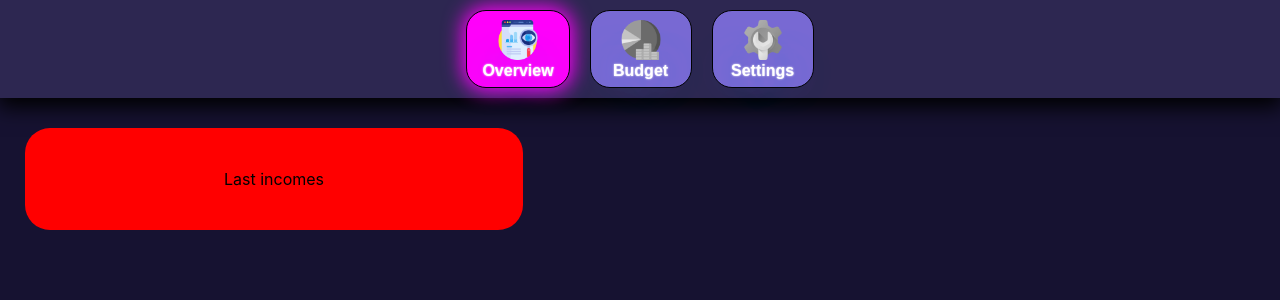
Repository: Minkeani/Money-Manager
Page: /Overview
The author's editor kept a copy of each file at every save. The page is drawn from the files as they stood at one save, then again after the next save.
The browser window is 1280 px wide. The pictures show the whole page.
The project was rebuilt for these pictures with package versions that can differ from the ones it lists, and the page was loaded fresh each time. Also part of the build but not shown: src/components/Budget/Budget.jsx, src/components/Settings/Settings.jsx, src/components/NotFound/NotFound.module.css, src/components/NotFound/NotFound.jsx.

Above is the page before, as saved 2022-07-13 22:00:46.

### src/index.js
import React from 'react';
import ReactDOM from 'react-dom/client';
import './styles/index.css'
import App from './App';

const root = ReactDOM.createRoot(document.getElementById('root'));
root.render(
    <App />
);

### src/styles/index.css
:root {
  --color-theme: #161231;
	--color-white: #fff;
	--color-black: #000;
	--color-dark-gray: #10100e;
	--color-yellow: #ffff00;
	--color-blue: #6884fb;
	--color-red: #f75d83;
	--font-bold: 600;
	--color-violet: #ae72c2;
	--text-shadow-yellow:
		0 0 2px var(--color-white),
		0 0 40px var(--color-blue);

	--spacing-medium: 20px;

	--spacing-small: 10px;

	--spacing-ultra-small: 5px;

	--spacing-large: 30px;

	--font-family-main: sans-serif;

	--border-radius-small: 3px;

	--border-radius-medium: 5px;

	--margin-list: 7px;

	--font-size-main: 16px;

	--font-size-header: 26px;

	--font-size-subheader: 18px;

	/* Theme */
	--theme-light-header: #dfe2df;

	--theme-dark-header: #ca6ca6;

	--theme-neitral-header: #cccc46;

	--theme-default-header: var(--theme-neitral-header);

	--transition: .4s;

	--theme-light-bg-img: linear-gradient(to top, #b7b7b7, #a396b0, #9a72a0, #984986, #960062);

	--theme-dark-bg-img:  linear-gradient(to top, #6a2b60, #532143, #3b192b, #221118, #000000);

	--width-max: 1200px

}
body {
  margin: 0;
	padding: 0;
	background-color: var(--color-theme);
  font-family: -apple-system, BlinkMacSystemFont, 'Segoe UI', 'Roboto', 'Oxygen',
    'Ubuntu', 'Cantarell', 'Fira Sans', 'Droid Sans', 'Helvetica Neue',
    sans-serif;
  -webkit-font-smoothing: antialiased;
  -moz-osx-font-smoothing: grayscale;
}

code {
  font-family: source-code-pro, Menlo, Monaco, Consolas, 'Courier New',
    monospace;
}

### src/App.js
import styles from './App.module.css';
import Header from './components/Header/Header';
import RoutesConfig from './routes/RoutesConfig';
import { Routes, Route, BrowserRouter, Router } from 'react-router-dom';

function App() {
  return (
    <div className={styles.App}>
      <BrowserRouter>
        <div className={styles.wrapper}>
          <Header/>
            <Routes>
              {RoutesConfig.map((route, index) => (
                <Route
                  key={index}
                  exact={route.exact}
                  element={<route.element/>}
                  path={route.path}
                />
              ))}
            </Routes>
        </div>
      </BrowserRouter>
    </div>
  );
}

export default App;

### src/App.module.css
.App {
  text-align: center;
  display: flex;
  justify-content: center;
  align-items: center;
  margin: 0 auto;
}

.App-logo {
  height: 40vmin;
  pointer-events: none;
}

.wrapper {
  width: 100%;
}

@media (prefers-reduced-motion: no-preference) {
  .App-logo {
    animation: App-logo-spin infinite 20s linear;
  }
}

.App-header {
  background-color: #282c34;
  min-height: 100vh;
  display: flex;
  flex-direction: column;
  align-items: center;
  justify-content: center;
  font-size: calc(10px + 2vmin);
  color: white;
}

.App-link {
  color: #61dafb;
}

@keyframes App-logo-spin {
  from {
    transform: rotate(0deg);
  }
  to {
    transform: rotate(360deg);
  }
}

### src/components/Header/Header.jsx
import React, {useState} from 'react'
import styles from './Header.module.scss'
import { Link } from 'react-router-dom';
import Budget from '../../icons/budget.svg'
import overview from '../../icons/Overview.svg'
import settings from '../../icons/settings.svg'
import { motion } from "framer-motion";


export default function Header() {
  const [active, setActive] = useState(1)

  const HeaderAnimation = {
    hidden: {
      y: 100,
      opacity: 0
    },
    visible: custom => ({
      y: 0,
      opacity: 1,
      transition: {delay: custom * 0.2}
    })
  };


  return (
    <motion.div
      initial="hidden"
      whileInView="visible"
      viewport={{ amount: 0.3, once: true }}
      variants={HeaderAnimation}
      className={styles.container}>
    <ul className={styles.list__container}>
        <li
          onClick={() => setActive(1)}
          className={active === 1 ? styles.active : ''}
        >
            <Link to='/Overview' exact='true' >
                 <img src={overview} alt="" />
                Overview</Link>
        </li>
        <li
          onClick={() => setActive(2)}
          className={active === 2 ? styles.active : ''}
          >
            <Link to='/Budget' exact='true' >
               <img src={Budget} alt="" />
              Budget</Link></li>
        <li
           onClick={() => setActive(3)}
           className={active === 3 ? styles.active : ''}
          >
            <Link to="/Settings" exact='true'>
              <img src={settings} alt="" />
              Settings</Link></li>
    </ul>

    </motion.div>
  )
}

### src/routes/RoutesConfig.js
import Budget from "../components/Budget/Budget"
import Overview from "../components/Overview/Overview"
import Settings from "../components/Settings/Settings"
import NotFound from "../components/NotFound/NotFound"

const RoutesConfig = [
    {
        path: '/Budget',
        exact: true,
        element: Budget
    },
    {
        path: '/Overview',
        exact: true,
        element: Overview
    },
    {
        path: '/Settings',
        exact: true,
        element: Settings
    }, {
        path: '/NotFound',
        exact: true,
        element: NotFound
    },

]

export default RoutesConfig

### src/components/Header/Header.module.scss
.container {
    display: flex;
    align-items: center;
    justify-content: center;
    margin-bottom: var(--spacing-large);
    background-color: #2d2751;
    width: 100%;
    box-shadow: 0px 7px 20px 2px ;
}
.list__container {
    display: flex;
    flex-wrap: wrap;
    margin: 0;
    padding: 0;
    list-style-type: none;
}

.list__container li {
    background-color: #7869d3;
    flex-direction: column;
    border: 1px solid black;
    margin: 10px;
    border-radius: 20px;
    cursor: pointer
}

.list__container li:hover {
    background-color: #dd6edb;

}



.list__container a {
    display: flex;
    align-items: center;
    flex-direction: column;
    margin: 0 10px;
    padding: 5px 3px;
    min-width: 70px;
    border: 2px solid transparent;
    border-radius: var(--border-radius-small);
    color: var(--color-white);
    text-align: center;
    font-family: var(--font-family-main);
    text-decoration: none;
    font-weight: var(--font-bold);
    text-shadow: var(--text-shadow-yellow);
    transition: var(--transition);
}

.list__container .active {
    background-color: #ff00fa;
    box-shadow: 0 0 20px 3px #ff00fa;
     img {
        filter: grayscale(0);
    }

}



.list__container img {
    height: 2.5rem;
    margin: 0.1375rem;
    width: 2.5rem;
    filter: grayscale(1);
}
.list__container :global(a.active) {
    border: 2px solid var(--color-violet);
    color: var(--color-violet);
    text-shadow: none;
}

.logo {
    width: 60px;
    height: 60px;
    margin-right: var(--spacing-large);
    object-fit: cover;
    object-position: center center;
}

### src/components/Overview/Overview.jsx
import React from 'react'
import OverviewBlock from '../OverviewBlocks/OverviewBlock'

export default function Overview() {
  return (
    <div>
      <OverviewBlock/>
    </div>
  )
}

### src/components/OverviewBlocks/OverviewBlock.jsx
import React from 'react';
import styles from './Overview.module.css'

const OverviewBlock = () => {
    return (
        <div className={styles.container}>
            <p>Last incomes</p>
        </div>
    );
}

export default OverviewBlock;

### src/components/OverviewBlocks/Overview.module.css
.container {
    overflow-y: auto;
    border-radius: 1.5625rem;
    width: 35%;
    padding: 25px;
    margin: 25px;
    background: red;
}

Loaded but not shown: public/index.html (common file)

After the next save:
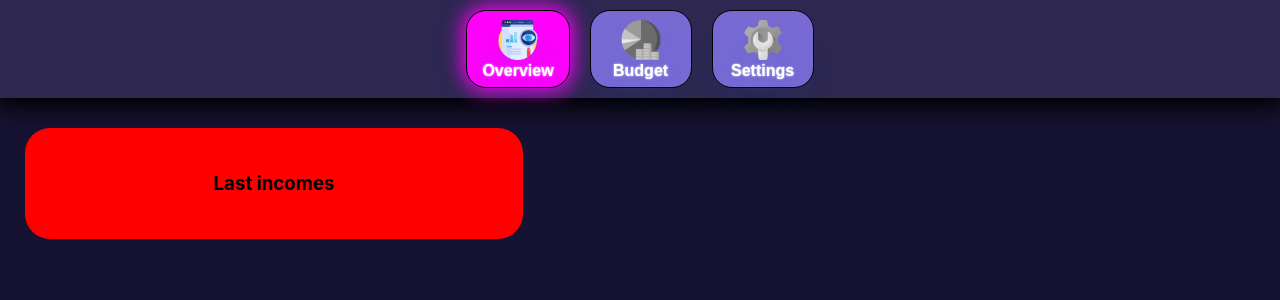
Saved 28 s later.
--- a/src/components/OverviewBlocks/OverviewBlock.jsx
+++ b/src/components/OverviewBlocks/OverviewBlock.jsx
@@ -4,7 +4,8 @@ import styles from './Overview.module.css'
 const OverviewBlock = () => {
     return (
         <div className={styles.container}>
-            <p>Last incomes</p>
+            <h3>Last incomes</h3>
+
         </div>
     );
 }
